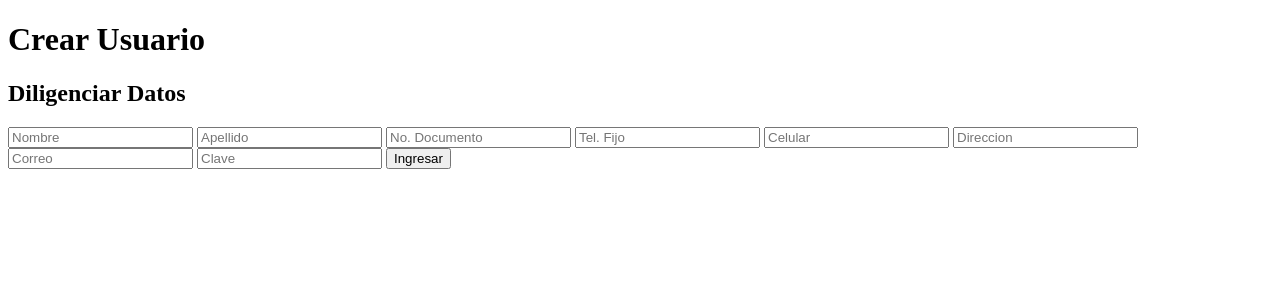
Repository: DA5CH25/kohaku_php
Page: http://localhost/kohaku_php/views/modules/ingresar.php
An editor plug-in stored every save of this project. The page is shown before and after a run of saves, followed by the edit.
The browser window is 1280 px wide. The pictures show the whole page.
The page is run by PHP 8.4 with error messages shown; the project is at /var/www/html/.

Above is the page before, as saved 2021-05-16 19:29:45.

After the next 2 saves:
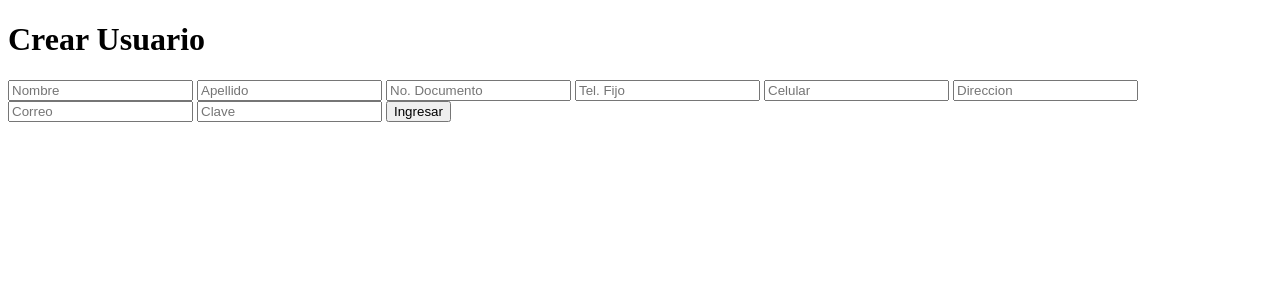
The 2 saves are shown as one change because they came seconds apart.
The last was saved 80 s later.
--- a/views/modules/ingresar.php
+++ b/views/modules/ingresar.php
@@ -7,7 +7,7 @@
 <body>
 	<header>
 		<h1>Crear Usuario</h1>
-		<h2>Diligenciar Datos</h2>
+		<h2></h2>
 	</header>
 
 	<form action="" method="POST">
